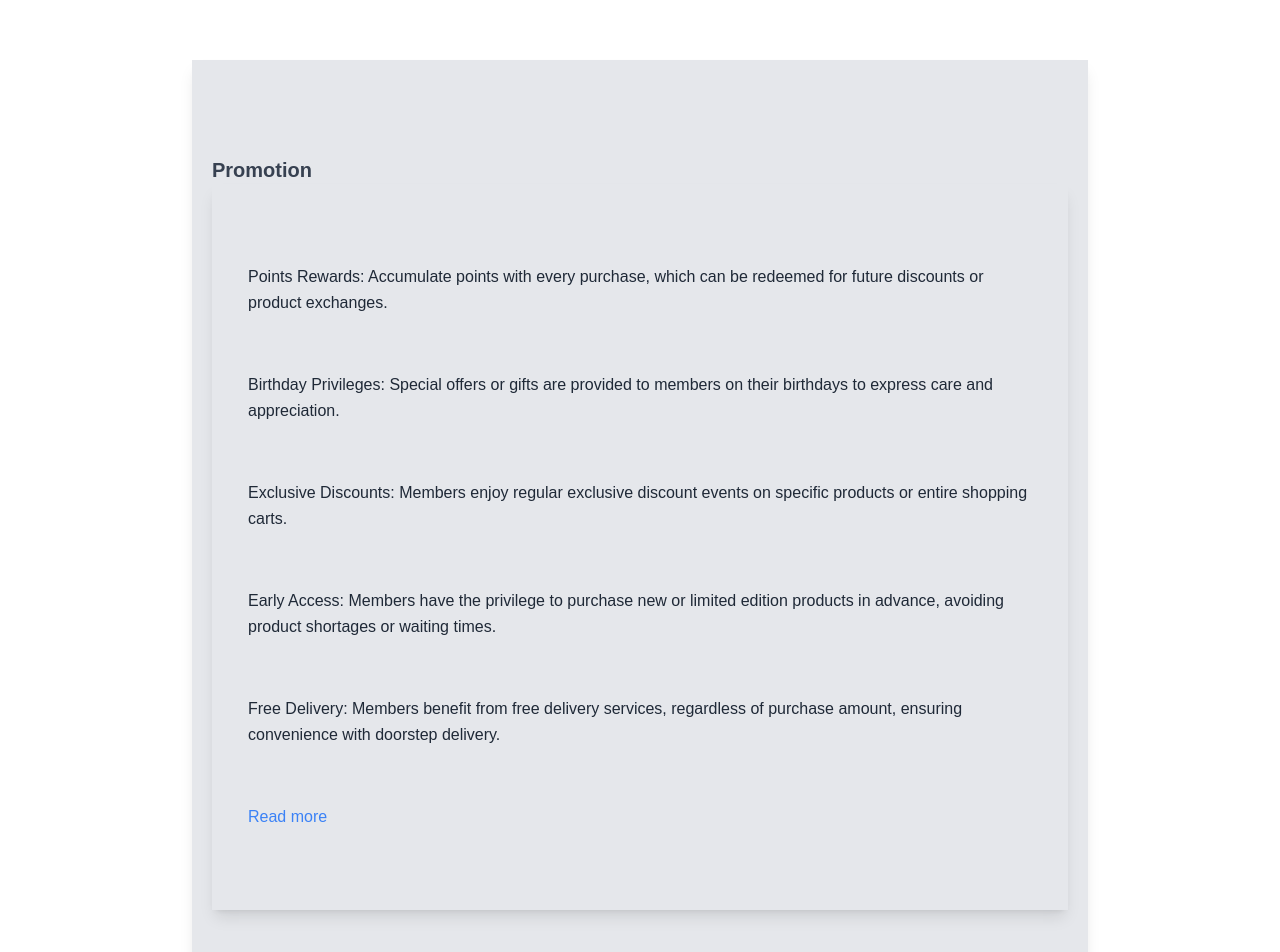
Repository: Harris132451/Final-Project-eShop
Page: /products/0.6MM THINLY WRAPPED PORK DUMPLING
These files come from the project's save history. The page is drawn as it stood at one moment and after a run of saves; the edit follows.
The browser window is 1280 px wide. The pictures show the part of the page from y = 962 to 1914 px (the page is 2303 px tall before and 2263 px after).
The page's requests for data from a server got no answer. The project was rebuilt for these pictures with package versions that can differ from the ones it lists, and the page was loaded fresh each time. No one was signed in, and anything a server would have sent is missing. Also part of the build but not shown: src/Page/Component/controlNum.js, src/Page/Component/PCinCart.js, src/Page/Component/SC.js, src/Page/Component/Slider.js, src/Page/Component/Loading/Loader.css, src/Page/Home.js, src/Page/Component/TPinCart.js, src/Page/Checkout.js and 5 more.

Above is the page before, as saved 2024-04-14 23:22:00.

After the next 2 saves:
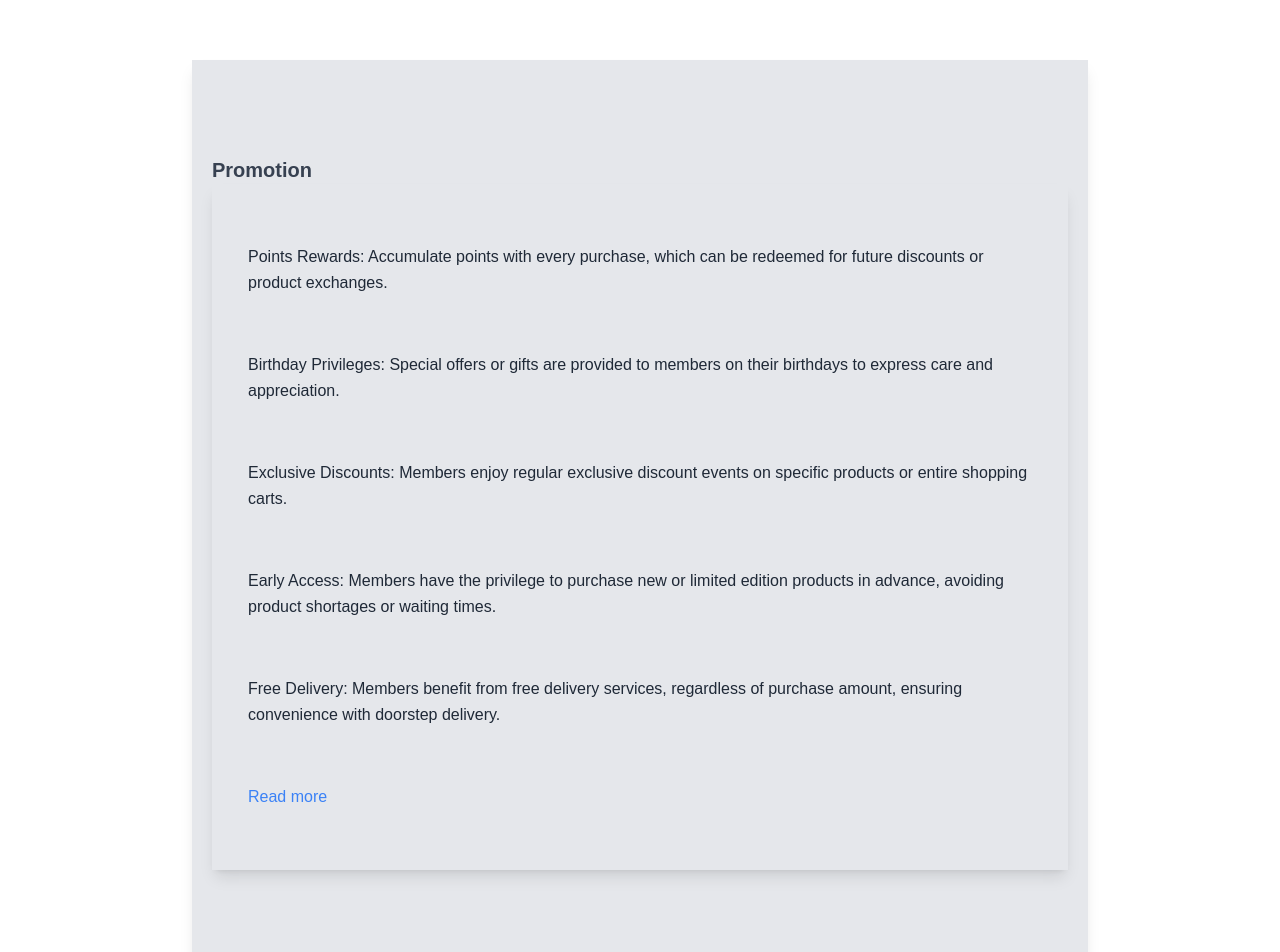
The 2 saves are shown as one change because they came seconds apart.
The last was saved 57 s later.
--- a/src/Page/Component/productPromotion.js
+++ b/src/Page/Component/productPromotion.js
@@ -21,7 +21,7 @@ function ProductPromotion() {
   ];
 
   return (
-    <div className="container px-5 py-10 mx-auto bg-white-200 shadow-lg max-w-4xl truncate inline-block">
+    <div className="container px-5 py-5 mx-auto bg-white-200 shadow-lg max-w-4xl truncate inline-block">
 
         {promoContent.slice(0, expanded ? promoContent.length : 5).map((content, index) => (
           <div key={index} className="product-promotion-item my-6 leading-relaxed text-gray-800 truncate transition duration-500 hover:bg-gray-100 hover:text-blue-500 hover:shadow-lg rounded-lg p-4 whitespace-normal">{content}</div>
